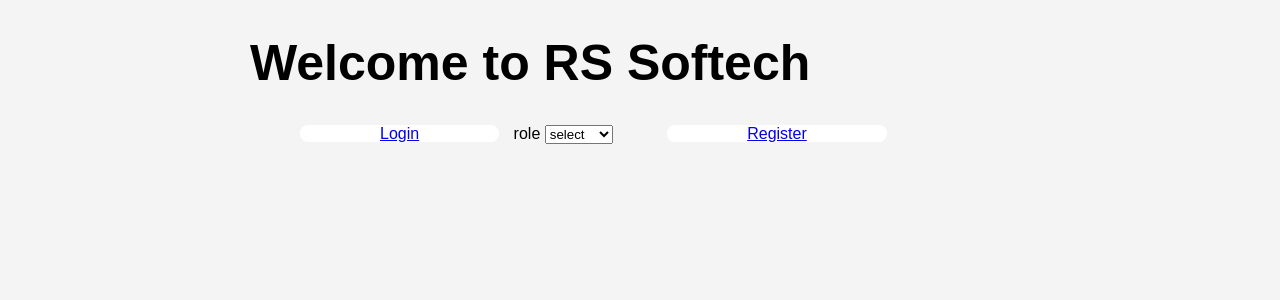
Repository: snehal-shinde151/my_repo
Page: classpro/src/main/webapp/welcome.html
These files come from the project's save history. The page is drawn as it stood at one moment and after the next save; the edit follows.
The browser window is 1280 px wide. The pictures show the whole page.

Above is the page before, as saved 2025-03-11 04:05:25.

### classpro/src/main/webapp/welcome.html
<!DOCTYPE html>
<html>
<head>
<meta charset="UTF-8">
<title>Welcome Page</title>
</head>
<body>

<style>
 body{
   font-family:arial;
   background-color:#f4f4f4;
   margin-left:250px;
   padding:0px;
 }
 .btn{
 width:10px;
 height:40px;
 margin:10px;
 margin-left:50px;
 padding-left:80px;
 padding-right:80px;
 background-color:white;
 border-radius:8px;
 }
 h1{
  font-size:50px;
 }

</style>
  <h1> Welcome to RS Softech</h1>
   <label for="student"></label>
  <a class="btn"  value="Login" href="login.html">Login</a>
   <label for="role">role</label>
            <select name="role">
           <option value="select">select</option>
			<option value="STUDENT">Student</option>
			<option value="ADMIN">Admin</option>
            </select>
    <a class="btn" value="Register" href="Registration.html">Register</a>

</body>
</html>

After the next save:
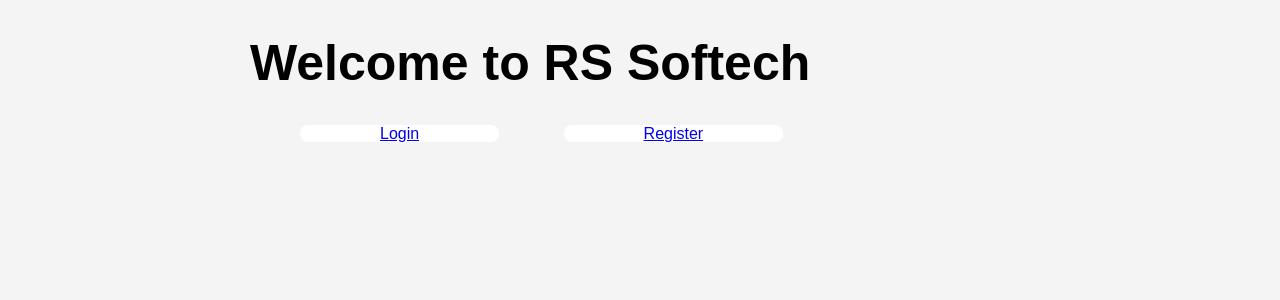
Saved 11 s later.
--- a/classpro/src/main/webapp/welcome.html
+++ b/classpro/src/main/webapp/welcome.html
@@ -31,12 +31,7 @@
   <h1> Welcome to RS Softech</h1>
    <label for="student"></label>
   <a class="btn"  value="Login" href="login.html">Login</a>
-   <label for="role">role</label>
-            <select name="role">
-           <option value="select">select</option>
-			<option value="STUDENT">Student</option>
-			<option value="ADMIN">Admin</option>
-            </select>
+
     <a class="btn" value="Register" href="Registration.html">Register</a>
 
 </body>
